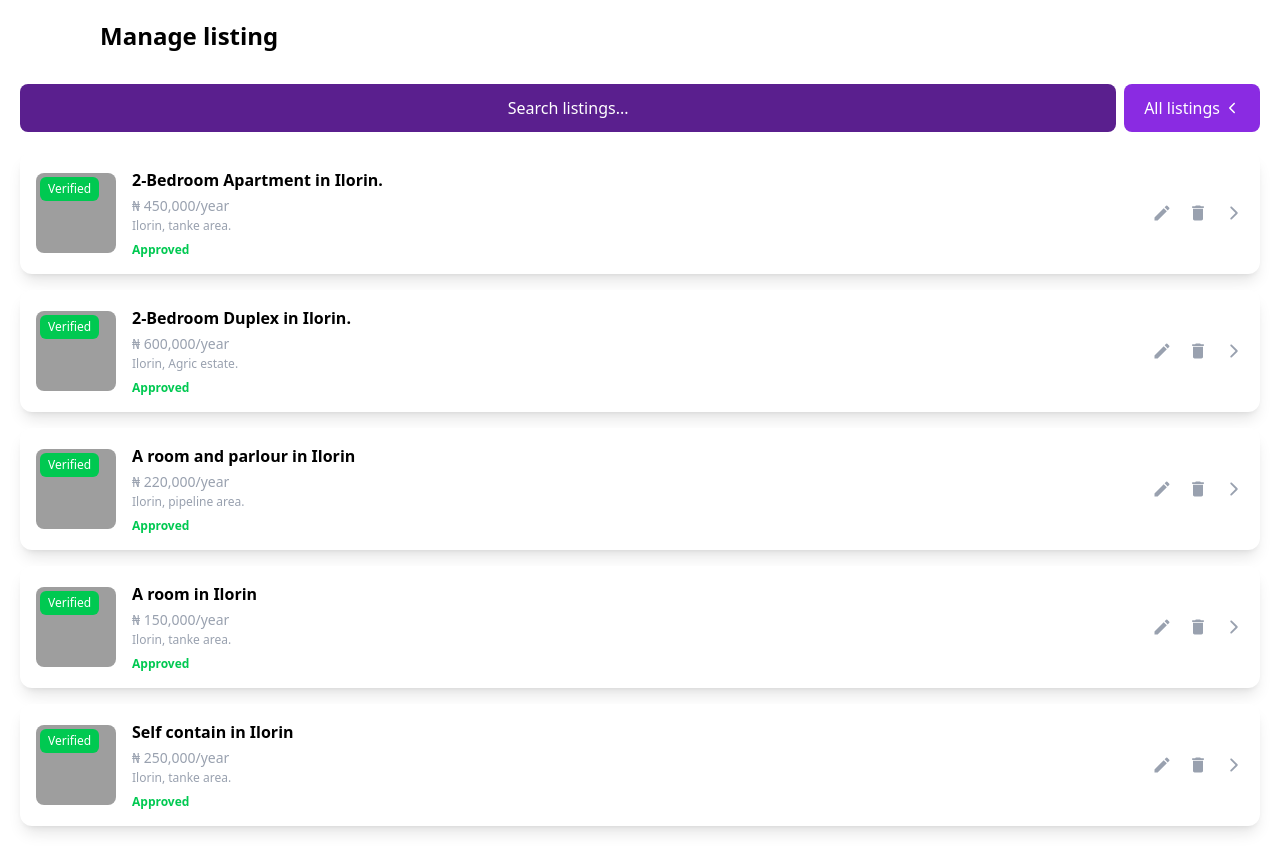
Repository: Em-driod/spotify-clone
Page: /Manage
These files come from the project's save history. The page is drawn as it stood at one moment and after the next save; the edit follows.
The browser window is 1280 px wide. The pictures show the whole page.
Pictures or frames that could not be fetched are drawn as grey boxes. The project was rebuilt for these pictures with package versions that can differ from the ones it lists, and the page was loaded fresh each time. Also part of the build but not shown: vite.config.ts, src/pages/veryify.tsx, src/pages/LandingPage.tsx, src/pages/Back.tsx, src/pages/Change.tsx, src/pages/onboard.tsx, src/pages/Skips.tsx, src/pages/Otp.tsx and 6 more.

Above is the page before, as saved 2025-07-09 16:46:56.

After the next save:
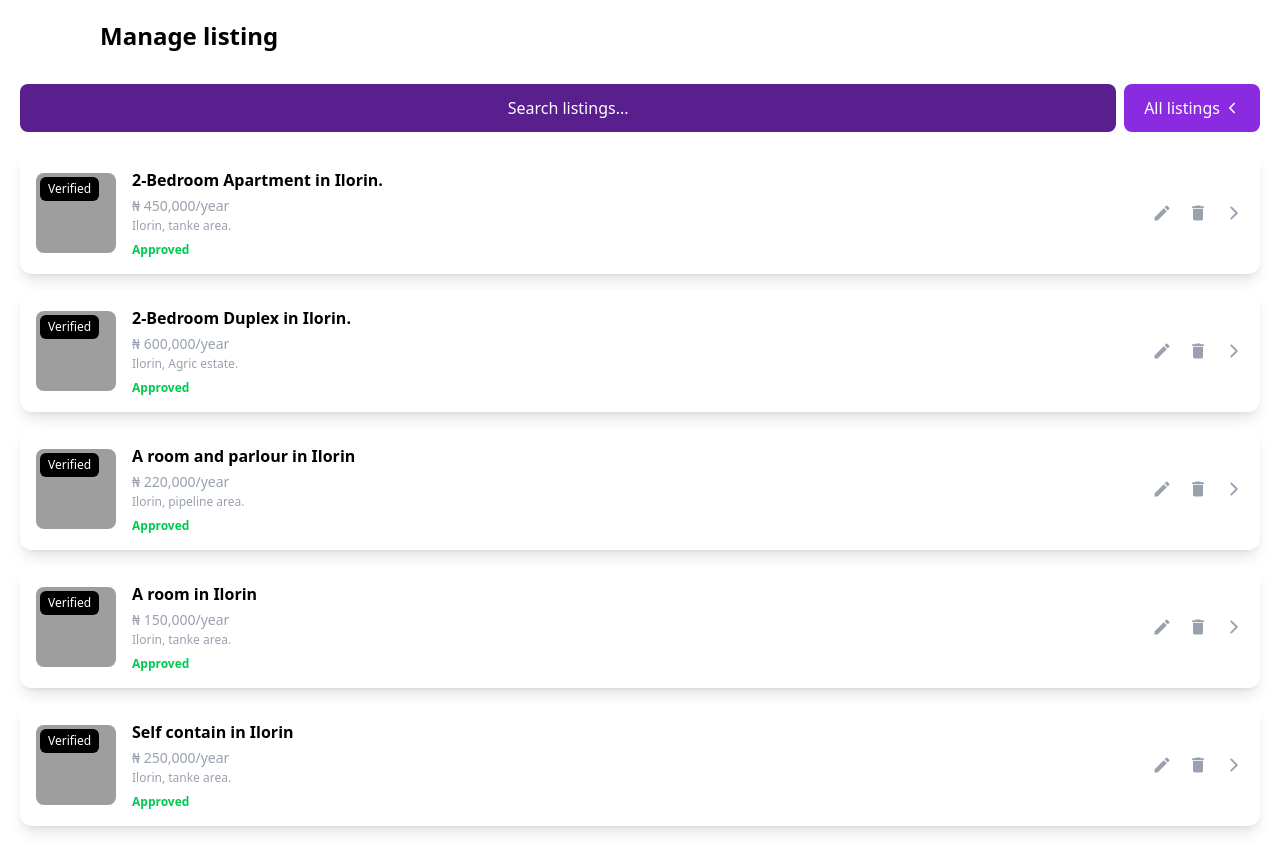
Saved 2 min 45 s later.
--- a/src/pages/Manage.tsx
+++ b/src/pages/Manage.tsx
@@ -71,7 +71,7 @@ const Manage = () => {
           <div key={listing.id} className="bg-white rounded-xl p-4 mb-4 flex items-center shadow-lg">
             <div className="relative mr-4">
               {/* Verified Badge */}
-              <span className="absolute top-1 left-1 bg-green-500 text-white text-xs px-2 py-1 rounded-md z-10">Verified</span>
+              <span className="absolute top-1 left-1 bg-black text-white text-xs px-2 py-1 rounded-md z-10">Verified</span>
               <img src={listing.image} alt={listing.type} className="w-20 h-20 rounded-lg object-cover" />
             </div>
             <div className="flex-1">
